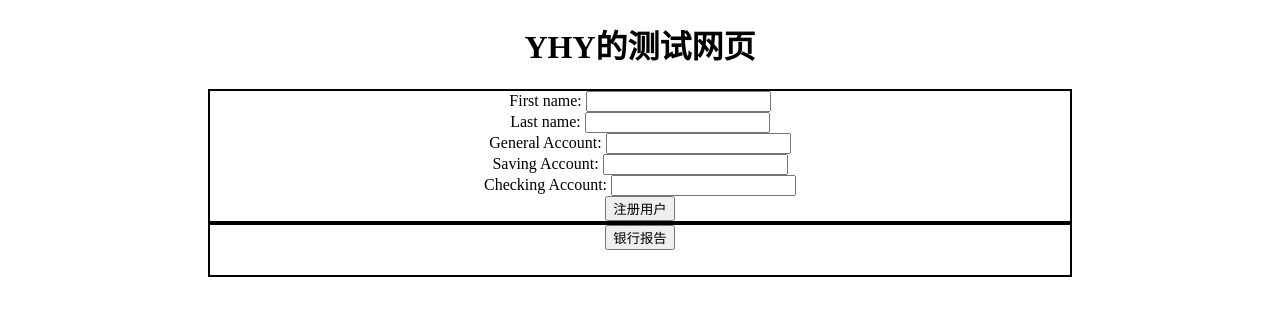
Repository: Darkmoon1/Bank-java-
Page: Bank/myBank/WebContent/home.html
The author's editor kept a copy of each file at every save. The page is drawn from the files as they stood at one save, then again after the next save.
The browser window is 1280 px wide. The pictures show the whole page.

Above is the page before, as saved 2017-07-13 18:12:28.

After the next save:
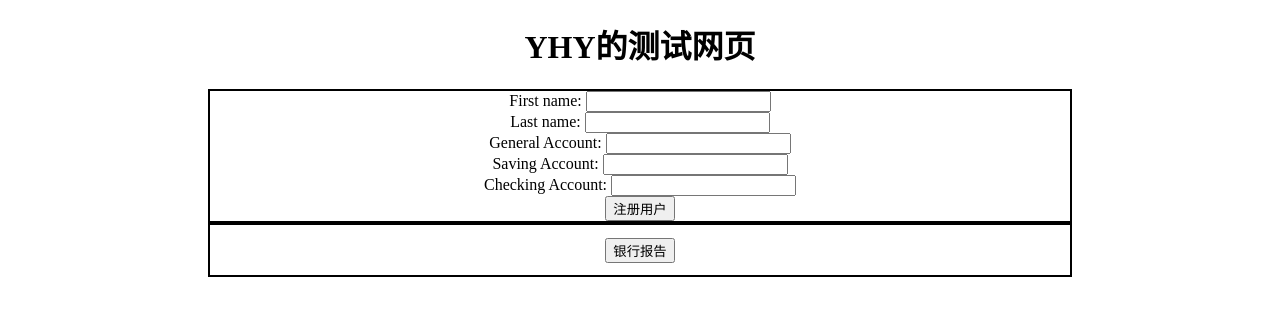
Saved 2 min 7 s later.
--- a/Bank/myBank/WebContent/home.html
+++ b/Bank/myBank/WebContent/home.html
@@ -22,9 +22,10 @@
     }
     .re{
     	height: 50px;
-
     }
-
+    #report{
+    	margin-top: 13px;
+    }
     </style>
 <title>bank</title>
 </head>
@@ -52,7 +53,7 @@
 	</div>
 	<div class = "re">
 	<form action="MyReportServlet" method = "post">
-	<input  id="report" type="submit" value = "银行报告"/>
+	<input id="report" type="submit" value = "银行报告"/>
 	</form>
 
 	</div>
